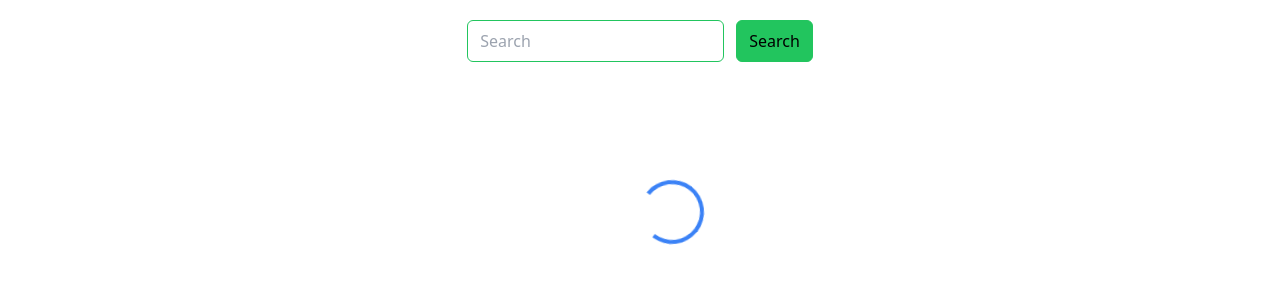
Repository: kimhieu153255/Image-search-app
Page: /
The author's editor kept a copy of each file at every save. The page is drawn from the files as they stood at one save, then again after the next save.
The browser window is 1280 px wide. The pictures show the whole page.
The project was rebuilt for these pictures with package versions that can differ from the ones it lists, and the page was loaded fresh each time. Also part of the build but not shown: vite.config.js, src/Components/Button/Loadmore.jsx, src/Components/Card/Card.jsx.

Above is the page before, as saved 2023-10-26 20:30:23.

After the next save:
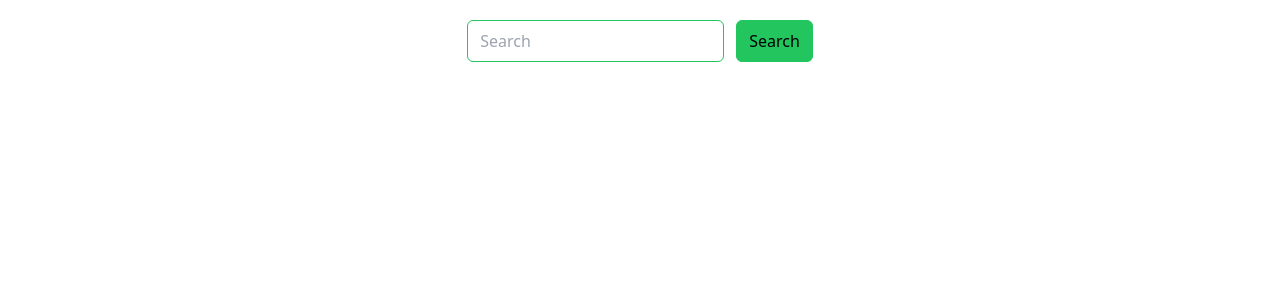
Saved 8 s later.
--- a/src/App.jsx
+++ b/src/App.jsx
@@ -4,7 +4,7 @@ import CardList from "./Components/Card/CardList";
 import Search from "./Components/Search/Search";
 
 function App() {
-  const [isLoading, setIsLoading] = useState(true);
+  const [isLoading, setIsLoading] = useState(false);
   return (
     <div className="w-full relative">
       <div className="flex flex-col items-center gap-5 my-5">
